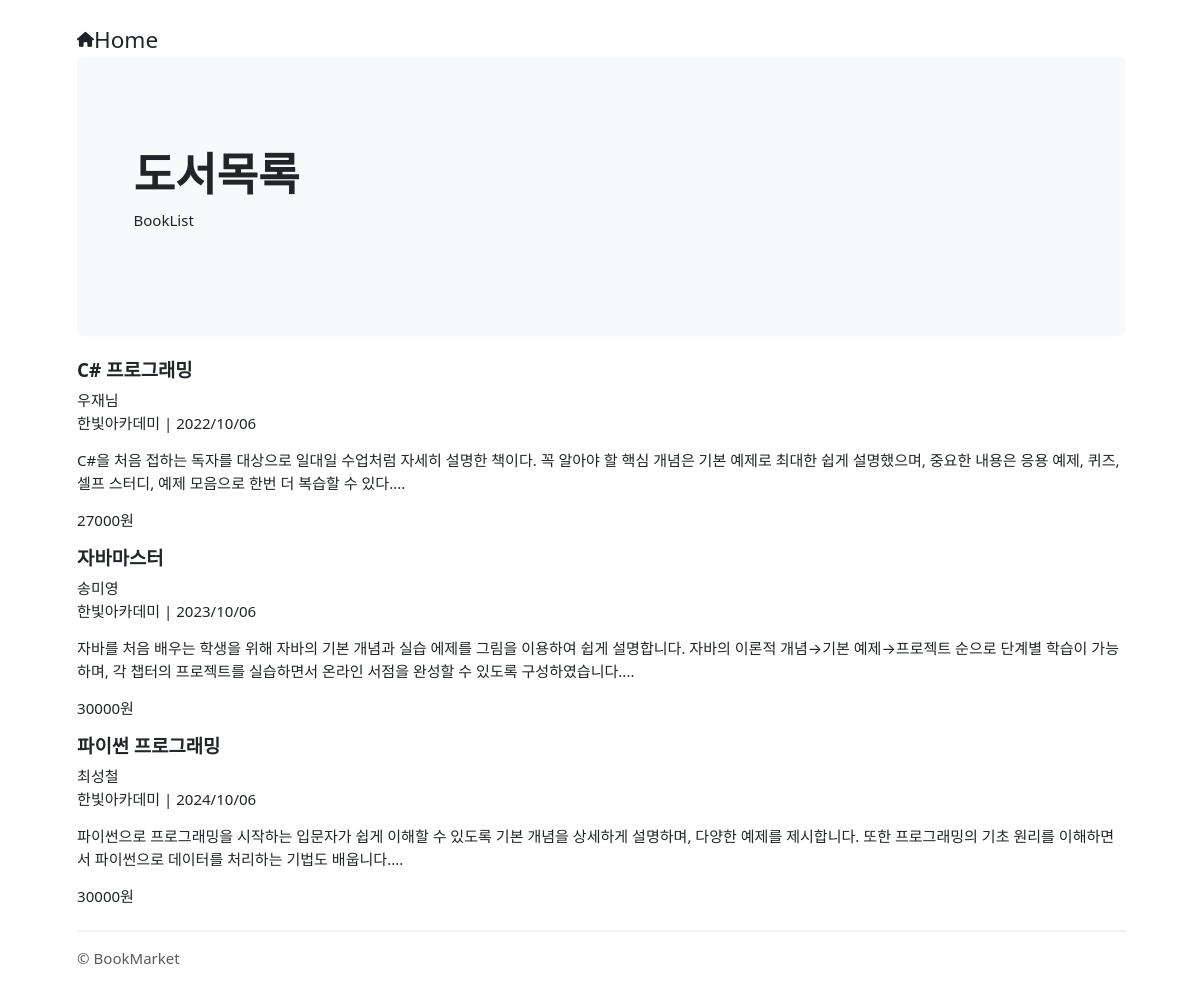
Repository: byeolchorong/ITedunet
Page: http://localhost/BookMarket/books.jsp
An editor plug-in stored every save of this project. The page is shown before and after the next save, followed by the edit.
The browser window is 1280 px wide. The pictures show the whole page, at 94% of full size.
Some web libraries are served in a nearby version. The page is served by Tomcat 9. Nobody is signed in. The application's start-up code is not run. Other server files are loaded and not shown.

Above is the page before, as saved 2025-05-23 05:07:20.

### JSP/BookMarket/src/main/webapp/books.jsp
<%@ page language="java" contentType="text/html; charset=UTF-8"
    pageEncoding="UTF-8"%>
<%@ page import="java.util.ArrayList" %>
<%@ page import="dto.Book" %>
<jsp:useBean id="bookDAO" class="dto.BookRepository" scope="session" />
<!DOCTYPE html>
<html>
<head>
<link href="https://cdn.jsdelivr.net/npm/bootstrap@5.3.6/dist/css/bootstrap.min.css" rel="stylesheet">
<script src="https://kit.fontawesome.com/705381df09.js" crossorigin="anonymous"></script>
<meta charset="UTF-8">
<title>Insert title here</title>
</head>
<body>
<div class="container py-4">
	<%@ include file="menu.jsp" %>

	<div class="p-5 mb-4 bg-body-tertiary rounded-3">
		<div class="container-fluid py-5">
			<h1 class="display-5 fw-bold">도서목록</h1>
			<p class="">BookList</p>
		</div>
	</div>
	<%
		ArrayList<Book> listOfBooks=bookDAO.getAllBooks();
	%>

	<div>
	<%
		for(int i = 0; i < listOfBooks.size(); i++) {
			Book book = listOfBooks.get(i);
	%>
		<div>
			<div>
				<h5><b><%=book.getName() %></b></h5>
				<p> <%=book.getAuthor() %>
				<br><%=book.getPublisher() %> | <%=book.getReleaseDate() %>
				<p><%=book.getDescrption() %>...
				<p><%=book.getUnitPrice() %>원
			</div>
		</div>
		<%
		}
		%>
	</div>
	<%@ include file="footer.jsp" %>
</div>
</body>
</html>

### JSP/BookMarket/src/main/webapp/menu.jsp
<%@ page language="java" contentType="text/html; charset=UTF-8"
    pageEncoding="UTF-8"%>
<link href="https://cdn.jsdelivr.net/npm/bootstrap@5.3.6/dist/css/bootstrap.min.css" rel="stylesheet">
<script src="https://kit.fontawesome.com/705381df09.js" crossorigin="anonymous"></script>

	<header>
		<a href="./welcome.jsp" class="d-flex align-items-center text-dark text-decoration-none">
			<i class="fa-solid fa-house"></i>
			<span class="fs-4">Home</span>
		</a>
	</header>

### JSP/BookMarket/src/main/webapp/footer.jsp
<%@ page language="java" contentType="text/html; charset=UTF-8"
    pageEncoding="UTF-8"%>

	<footer class="pt-3 mt-4 text-body-secondary border-top">
		&copy; BookMarket
	</footer>

### JSP/BookMarket/src/main/java/dto/BookRepository.java
package dto;

import java.util.ArrayList;

public class BookRepository {
	private ArrayList<Book> listOfBooks = new ArrayList<Book>();

	public BookRepository() {
		Book book1 = new Book("ISBN1234","C# 프로그래밍",27000);
		book1.setAuthor("우재님");
		book1.setDescrption("C#을 처음 접하는 독자를 대상으로 일대일 수업처럼 자세히 설명한 책이다. 꼭 알아야 할 핵심 개념은 기본 예제로 최대한 쉽게 설명했으며, 중요한 내용은 응용 예제, 퀴즈, 셀프 스터디, 예제 모음으로 한번 더 복습할 수 있다.");
		book1.setPublisher("한빛아카데미");
		book1.setCategory("IT모바일");
		book1.setUnitsInStock(1000);
		book1.setReleaseDate("2022/10/06");

		Book book2 = new Book("ISBN1235","자바마스터",30000);
		book2.setAuthor("송미영");
		book2.setDescrption("자바를 처음 배우는 학생을 위해 자바의 기본 개념과 실습 에제를 그림을 이용하여 쉽게 설명합니다. 자바의 이론적 개념→기본 예제→프로젝트 순으로 단계별 학습이 가능하며, 각 챕터의 프로젝트를 실습하면서 온라인 서점을 완성할 수 있도록 구성하였습니다.");
		book2.setPublisher("한빛아카데미");
		book2.setCategory("IT모바일");
		book2.setUnitsInStock(1000);
		book2.setReleaseDate("2023/10/06");

		Book book3 = new Book("ISBN1236","파이썬 프로그래밍",30000);
		book3.setAuthor("최성철");
		book3.setDescrption("파이썬으로 프로그래밍을 시작하는 입문자가 쉽게 이해할 수 있도록 기본 개념을 상세하게 설명하며, 다양한 예제를 제시합니다. 또한 프로그래밍의 기초 원리를 이해하면서 파이썬으로 데이터를 처리하는 기법도 배웁니다.");
		book3.setPublisher("한빛아카데미");
		book3.setCategory("IT모바일");
		book3.setUnitsInStock(1000);
		book3.setReleaseDate("2024/10/06");

		listOfBooks.add(book1);
		listOfBooks.add(book2);
		listOfBooks.add(book3);

	}

	public ArrayList<Book> getAllBooks() {
		return listOfBooks;
	}
}

### JSP/BookMarket/src/main/java/dto/Book.java
package dto;

public class Book {
	private String bookId;
	private String name;
	private int unitPrice;
	private String author;
	private String descrption;
	private String publisher;
	private String category;
	private long unitsInStock;
	private String releaseDate;
	private String condition;

	public Book() {
		super();
	}

	public Book(String bookId, String name, Integer unitPrice) {
		this.bookId=bookId;
		this.name=name;
		this.unitPrice=unitPrice;
	}

	public String getBookId() {
		return bookId;
	}

	public void setBookId(String bookId) {
		this.bookId = bookId;
	}

	public String getName() {
		return name;
	}

	public void setName(String name) {
		this.name = name;
	}

	public int getUnitPrice() {
		return unitPrice;
	}

	public void setUnitPrice(int unitPrice) {
		this.unitPrice = unitPrice;
	}

	public String getAuthor() {
		return author;
	}

	public void setAuthor(String author) {
		this.author = author;
	}

	public String getDescrption() {
		return descrption;
	}

	public void setDescrption(String descrption) {
		this.descrption = descrption;
	}

	public String getPublisher() {
		return publisher;
	}

	public void setPublisher(String publisher) {
		this.publisher = publisher;
	}

	public String getCategory() {
		return category;
	}

	public void setCategory(String category) {
		this.category = category;
	}

	public long getUnitsInStock() {
		return unitsInStock;
	}

	public void setUnitsInStock(long unitsInStock) {
		this.unitsInStock = unitsInStock;
	}

	public String getReleaseDate() {
		return releaseDate;
	}

	public void setReleaseDate(String releaseDate) {
		this.releaseDate = releaseDate;
	}

	public String getCondition() {
		return condition;
	}

	public void setCondition(String condition) {
		this.condition = condition;
	}



}

After the next save:
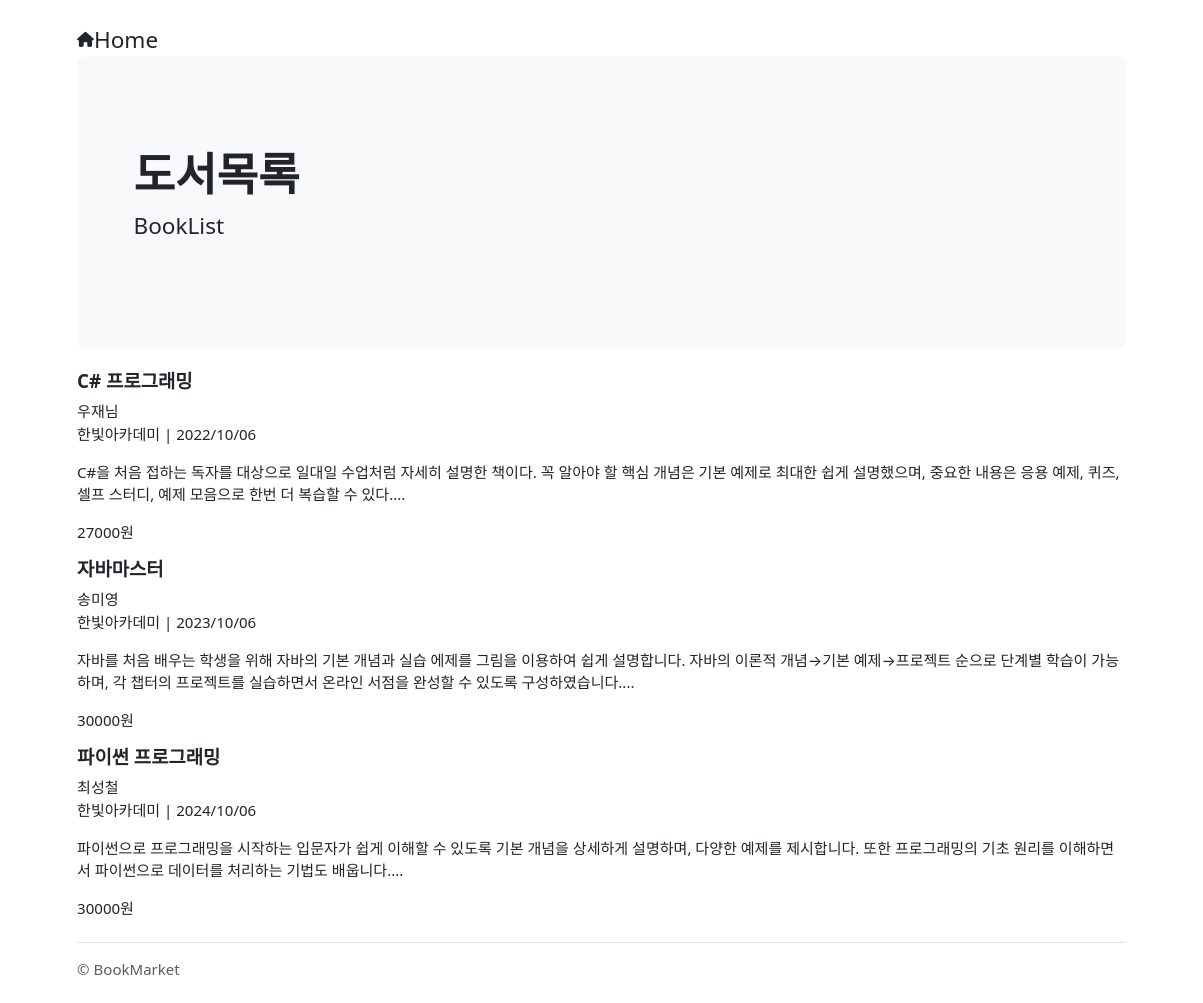
Saved 9 s later.
--- a/JSP/BookMarket/src/main/webapp/books.jsp
+++ b/JSP/BookMarket/src/main/webapp/books.jsp
@@ -18,7 +18,7 @@
 	<div class="p-5 mb-4 bg-body-tertiary rounded-3">
 		<div class="container-fluid py-5">
 			<h1 class="display-5 fw-bold">도서목록</h1>
-			<p class="">BookList</p>
+			<p class="col-md-8 fs-4">BookList</p>
 		</div>
 	</div>
 	<%
